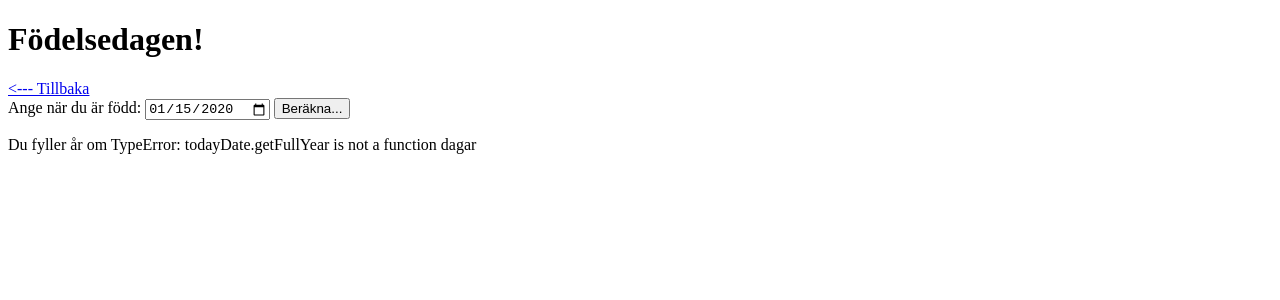
Repository: LindaOtt/1dv403-lo222hd-laborationer
Page: 1-vandalen/birthday/index.html
The author's editor kept a record of every edit. The page is drawn from the files as they stood at one moment, then again after the next edit.
The browser window is 1280 px wide. The pictures show the whole page.
Empty fields were first filled with sample values (such as "Sample", 5 or name@example.com).
After loading, the first visible `#send` was clicked once.

Above is the page before.

### 1-vandalen/birthday/index.html
<!DOCTYPE html>
<html lang="sv">
<head>
	<meta charset="UTF-8" />
 	<title>JavaScript - Strängar</title>
 	<style>
 		.error {
 			background-color: #F7A1A1;
 		}
 	</style>
</head>
    <body>
        <h1>Födelsedagen!</h1>
        <a href="../index.html">&lt;--- Tillbaka</a>
 		<form>
 			Ange när du är född:
 			<input type="date" id="string" /> <input id="send" type="submit" value="Beräkna..." />
 			<p id="value"></p>
		</form>
        <p class="innerHTML"></p>
        <p class="classList"></p>
    	  <script src="script.js"></script>

    </body>
</html>

### 1-vandalen/birthday/script.js
"use strict";

window.onload = function(){


	var birthday = function(date){

		var valid = false;
		var message = 0;

		//Kollar formatet på det inmatade datumet
		/*
		if (date.length == 10 && (date.charAt(4) === "-") && (date.charAt(7) === "-") ) {
			if (isNaN(Date.parse(date))) {
				alert("Not valid!");
			}
			else {
				alert("Valid!");
			}
		}
		else {
			alert('Not valid!');
		}
		*/

		if (date.length == 10 && (date.charAt(4) === "-") && (date.charAt(7) === "-") ) {
			try {
				//Omvandlar datumet som användaren skrivit in till strängformat
				var dateString = Date.parse(date);

				//Hämtar dagens datum
				var todayDate = Date();
				var todayYear = todayDate.getFullYear();
				var todayMonth = todayDate.getFullMonth();
				var todayDay = todayDate.getDate();

				alert(todayYear + "-" + todayMonth + "-" + todayDate);


			}
			catch(error) {
				message = error;
			}
		}

		return message;

	};
	// ------------------------------------------------------------------------------


	// Kod för att hantera utskrift och inmatning. Denna ska du inte behöva förändra
	var p = document.querySelector("#value"); // Referens till DOM-noden med id="#value"
	var input = document.querySelector("#string");
	var submit = document.querySelector("#send");

	// Vi kopplar en eventhanterare till formulärets skickaknapp som kör en anonym funktion.
	submit.addEventListener("click", function(e){
		e.preventDefault(); // Hindra formuläret från att skickas till servern. Vi hanterar allt på klienten.

		p.classList.remove( "error");

		try {
			var answer = birthday(input.value) // Läser in texten från textrutan och skickar till funktionen "convertString"
			var message;
			switch (answer){
				case 0: message = "Grattis på födelsedagen!";
					break;
				case 1: message = "Du fyller år imorgon!";
					break;
				default: message = "Du fyller år om " + answer + " dagar";
					break;
			}

			p.innerHTML = message;
		} catch (error){
			p.classList.add( "error"); // Växla CSS-klass, IE10+
			p.innerHTML = error.message;
		}

	});



};

After the next edit:
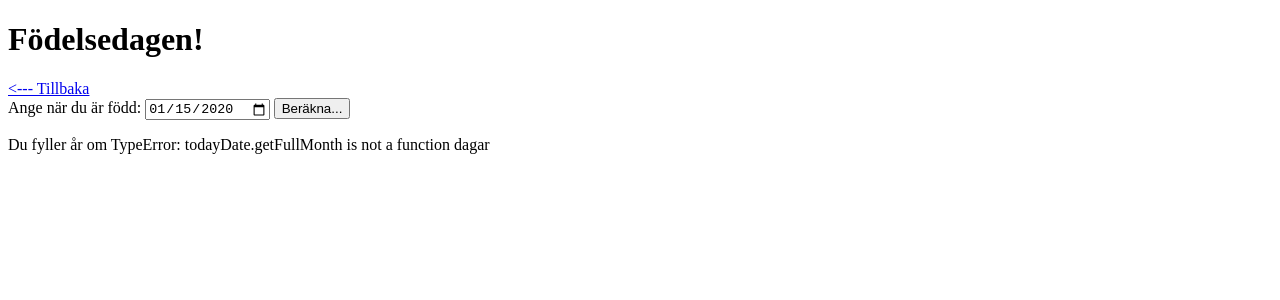
The edit:
--- a/1-vandalen/birthday/script.js
+++ b/1-vandalen/birthday/script.js
@@ -29,7 +29,7 @@
 				var dateString = Date.parse(date);
 
 				//Hämtar dagens datum
-				var todayDate = Date();
+				var todayDate = new Date();
 				var todayYear = todayDate.getFullYear();
 				var todayMonth = todayDate.getFullMonth();
 				var todayDay = todayDate.getDate();
